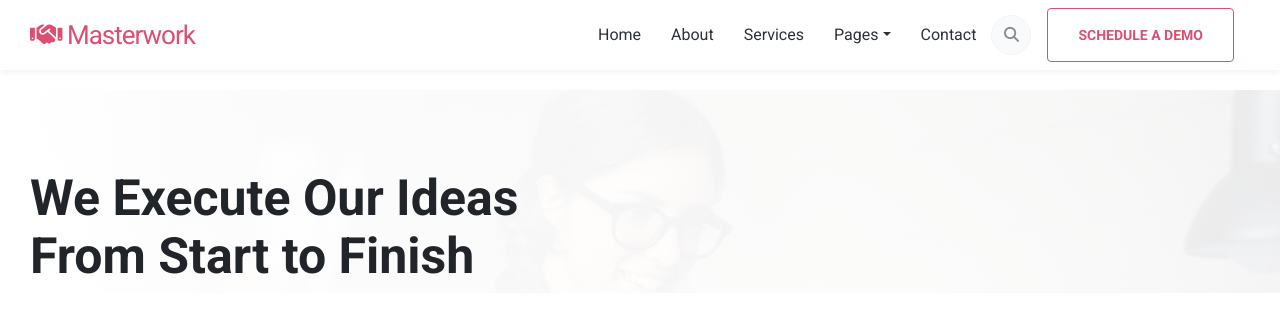
Repository: ducdatit2002/Capstone-masterwork
Page: index.html
An editor plug-in stored every save of this project. The page is shown before and after the next save, followed by the edit.
The browser window is 1280 px wide. The pictures show the whole page.

Above is the page before, as saved 2023-08-18 16:36:42.

After the next save:
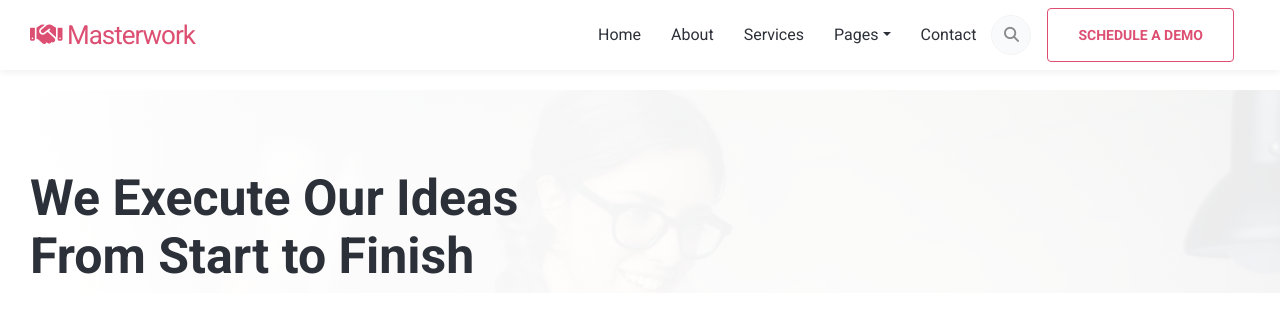
Saved 11 s later.
--- a/css/index.css
+++ b/css/index.css
@@ -301,7 +301,7 @@
 .banner .banner__left h3 {
     font-size: 50px;
     line-height: 57.5px;
-    color: var(--title-color);
+    color: #2C3038;
     font-weight: 700;
 }
 
